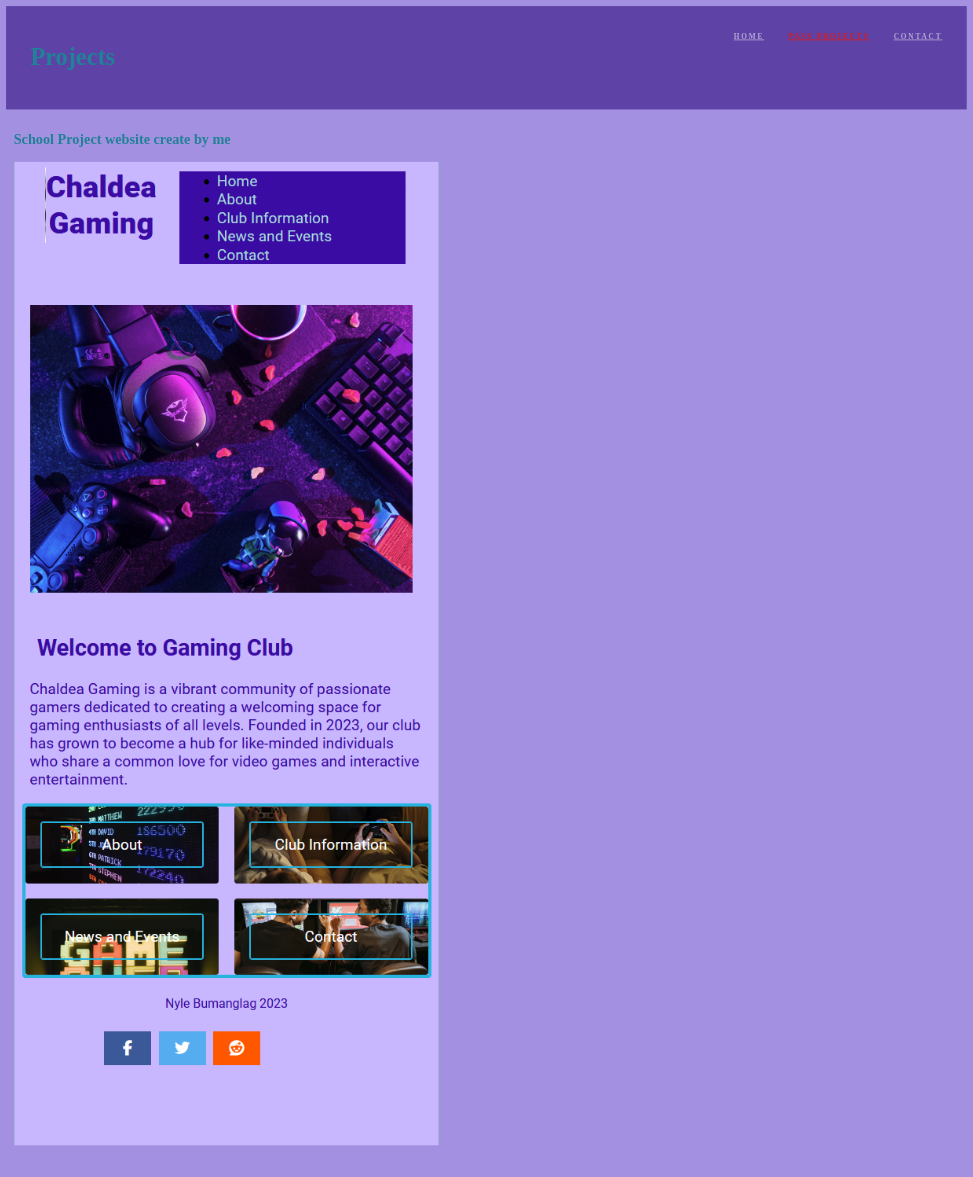
Repository: NyleNC/main
Page: projects.html
The author's editor kept a copy of each file at every save. The page is drawn from the files as they stood at one save, then again after the next save.
The browser window is 1280 px wide. The pictures show the whole page, at 76% of full size.

Above is the page before, as saved 2024-11-07 00:34:54.

### projects.html
<!DOCTYPE html>
<html lang="en">
<head>
    <meta charset="UTF-8">
    <meta name="viewport" content="width=device-width, initial-scale=1.0">
    <title>Nyle Bumanglag</title>
    <link rel="stylesheet" href="style.css">
</head>
<header id="header"><h1>Projects</h1>
    <nav>
        <ul>
            <li><a href="index.html">Home</a></li>
            <li><a href="projects.html" class="active">Pass Projects</a></li>
            <li><a href="Contact.html">Contact</a></li>
        </ul>
    </nav>
</header>
<body>
    <section >
        <div class="container">
            <div >
            <h3>School Project website create by me </h3>
            <img src="Images/website.png" alt="website"class="image-fit" >
        </div>
        </div>



    </section>
</body>
</html>

### style.css
body{
    background: #a490e1;
    color: rgb(32, 129, 151);
}
#header {
display: -moz-flex;
display: -webkit-flex;
display: -ms-flex;
display: flex;
background-color: #5e42a6;
cursor: default;
padding: 1.75em 2em;
}

#header > .title {
border: 0;
color: #ffffff;
 display: block;
font-size: 1.25em;
font-weight: bold;
}

#header > nav {
-moz-flex: 1;
-webkit-flex: 1;
-ms-flex: 1;
flex: 1;
text-align: right;
}
 #header > nav > ul {
 margin: 0;
padding: 0;
}

 #header > nav > ul > li {
 display: inline-block;
margin-left: 1.75em;
 padding: 0;
vertical-align: middle;
}

#header > nav > ul > li:first-child {
margin-left: 0;
}

#header > nav > ul > li a {
  border: 0;
color: rgba(255, 255, 255, 0.542);
display: inline-block;
 font-size: 0.6em;
font-weight: bold;
letter-spacing: 0.25em;
text-transform: uppercase;
}
 #header > nav > ul > li a:hover {
color: rgb(144, 225, 164)
}
#header > nav > ul > li a.active {
color: #dd1a1a;
}

.image-fit {
 display: block;
 margin: 0 0 2em 0;
 width: 100%;
}
.container{
    margin:10px;
    gap: 5em;
    display: grid;
    grid-template-columns:  1fr 1fr;
	width: 95%;
    height: auto;

}

After the next save:
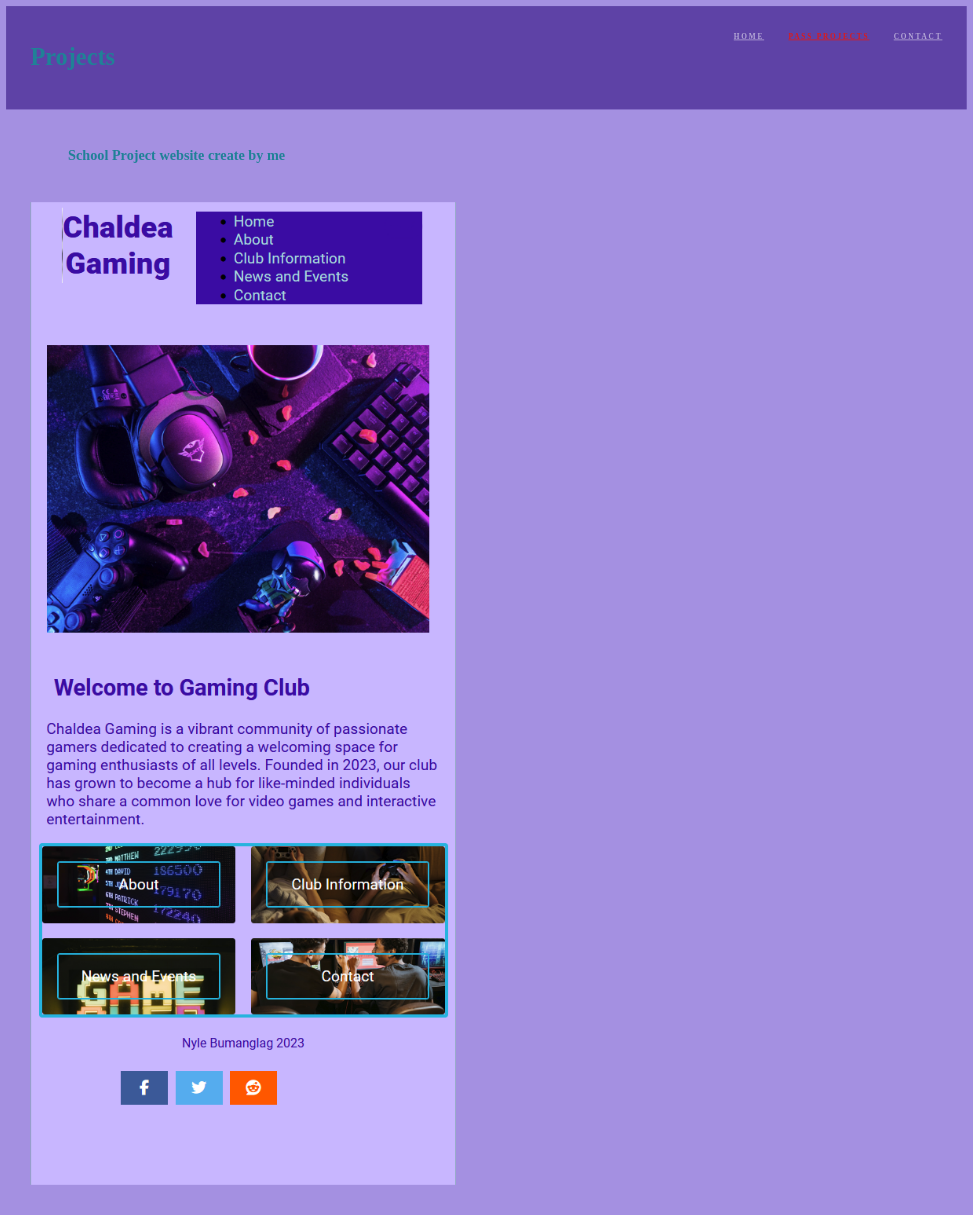
Saved 21 s later.
--- a/style.css
+++ b/style.css
@@ -65,11 +65,13 @@ color: #dd1a1a;
  width: 100%;
 }
 .container{
-    margin:10px;
+    margin: 0 auto;
     gap: 5em;
     display: grid;
     grid-template-columns:  1fr 1fr;
 	width: 95%;
     height: auto;
-
 }
+.container h3{
+    margin: 50px;
+}
